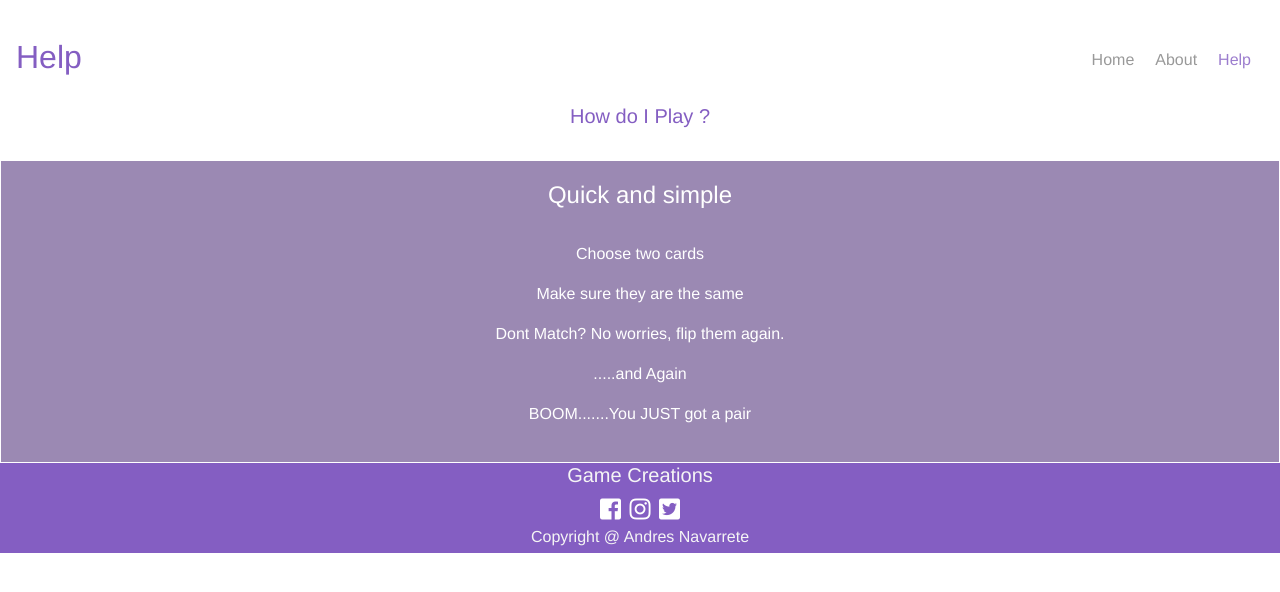
Repository: andna5980/memorise
Page: help.html
The author's editor kept a copy of each file at every save. The page is drawn from the files as they stood at one save, then again after the next save.
The browser window is 1280 px wide. The pictures show the whole page.
Some web fonts or font styles are not loaded; a fallback is used. Some web libraries are served in a nearby version.

Above is the page before, as saved 2021-05-21 12:26:13.
Console error: TypeError: Cannot read properties of null (reading 'appendChild')

After the next save:
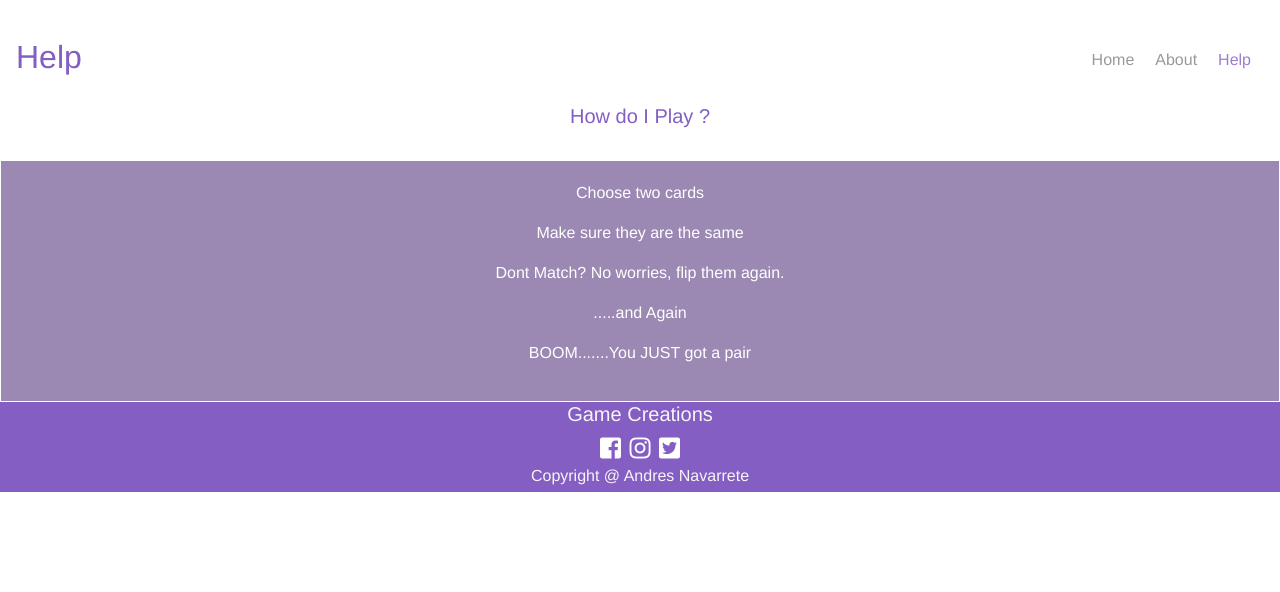
Saved 41 s later.
--- a/help.html
+++ b/help.html
@@ -52,9 +52,7 @@
 
     <div class="game-description test-red">
         <div class="test-blue">
-            <h4>Quick and simple</h4>
 
-            <br>
             <p>
                 Choose two cards
             </p>
@@ -68,6 +66,9 @@
             <p> .....and Again </p>
 
             <p> BOOM.......You JUST got a pair </p>
+
+            <h4></h4>
+
         </div>
     </div>
 
